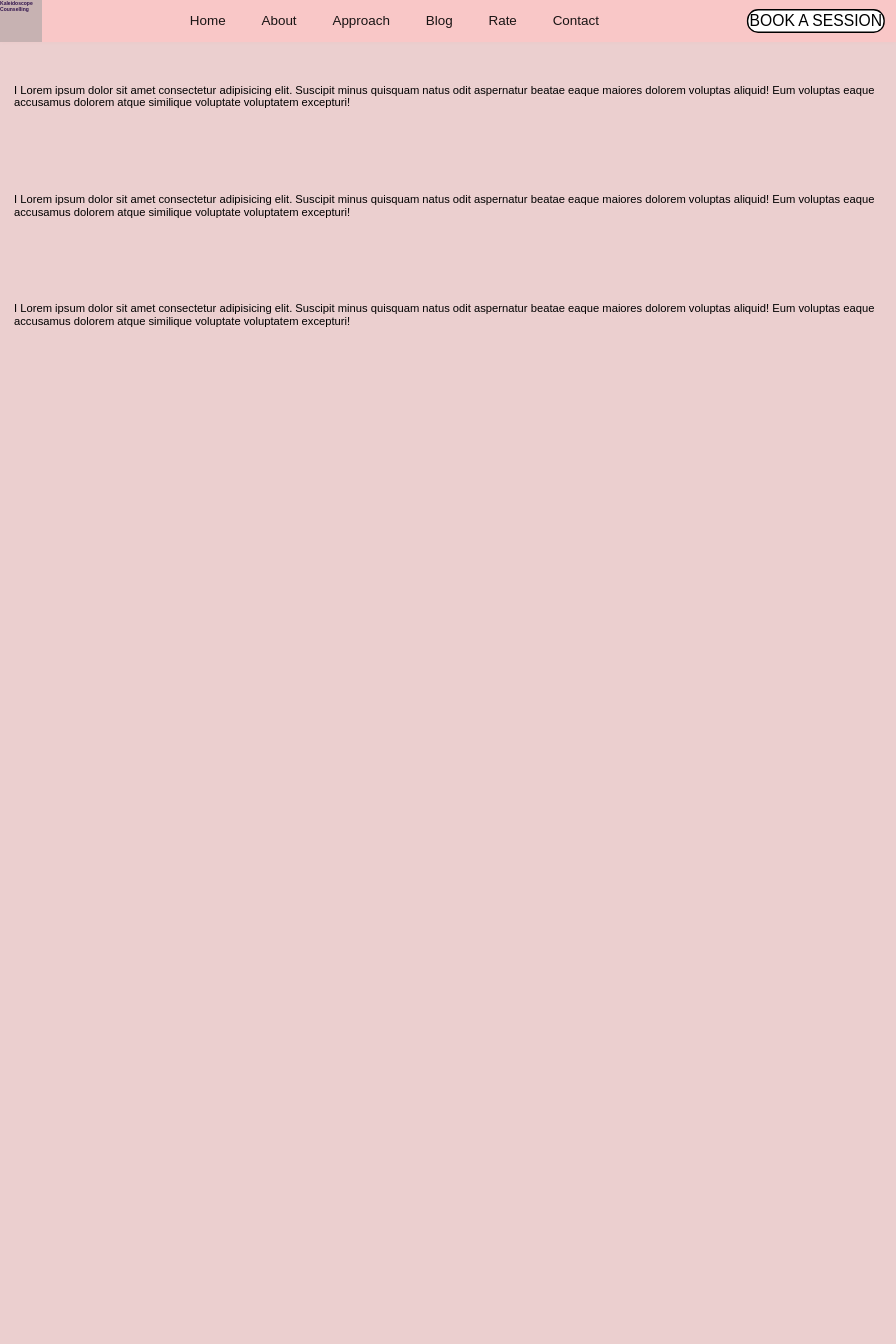
Repository: voutadi/ava-website
Page: index.html
The author's editor kept a copy of each file at every save. The page is drawn from the files as they stood at one save, then again after the next save.
The browser window is 1280 px wide. The pictures show the part of the page from y = 0 to 1920 px (the page is 3120 px tall), at 70% of full size.
The pointer rests on the first visible `button`.

Above is the page before, as saved 2024-07-04 02:24:01.

After the next save:
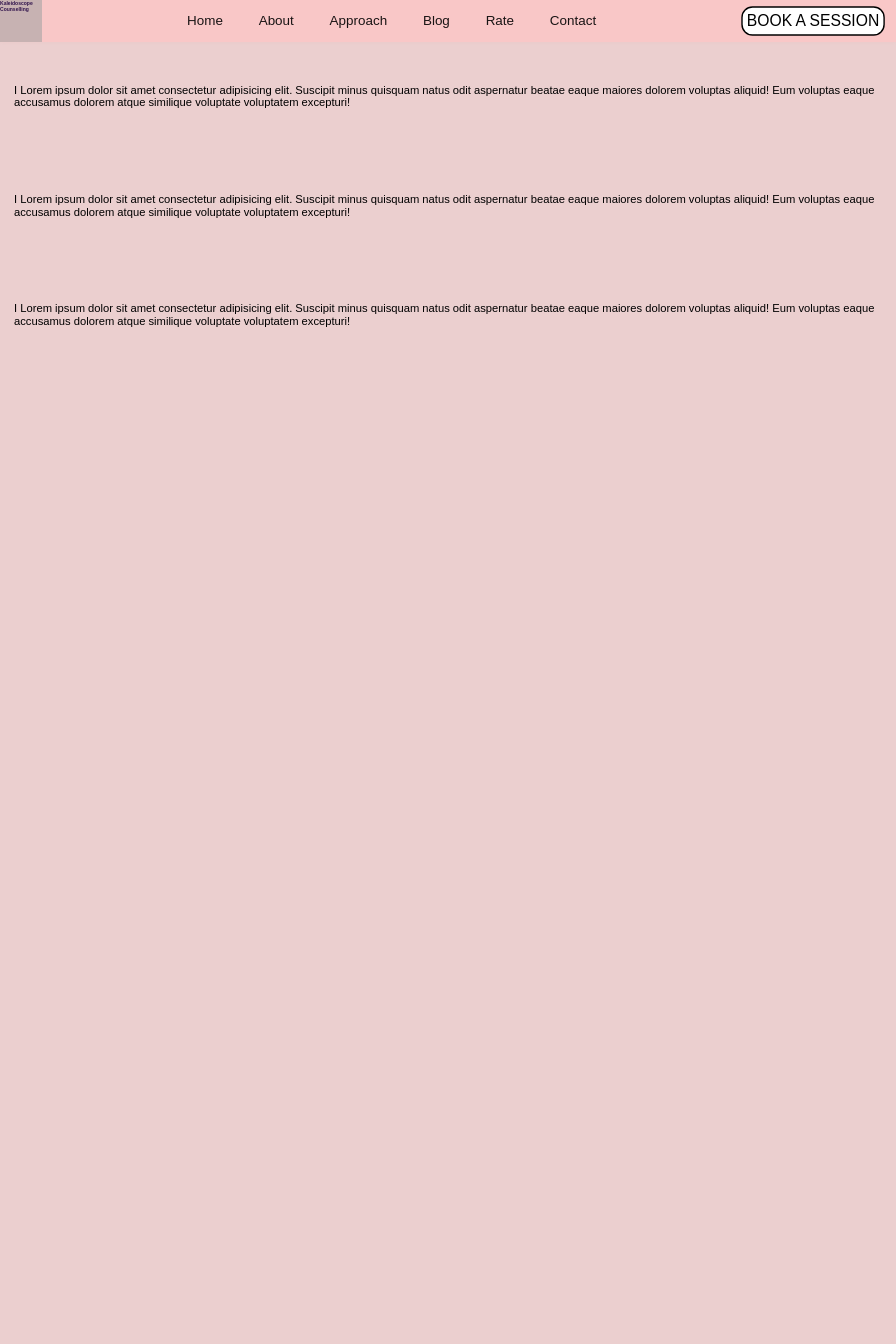
Saved 5 s later.
--- a/styles/style.css
+++ b/styles/style.css
@@ -195,11 +195,11 @@ p {
   }
   button:hover {
     font-size: 1.4rem;
-    padding: px;
-  }
-  button:active {
-    padding: 3px;
-  }
-
-
-}
+    padding: 6px;
+  }
+  button:active {
+    padding: 3px;
+  }
+
+
+}
